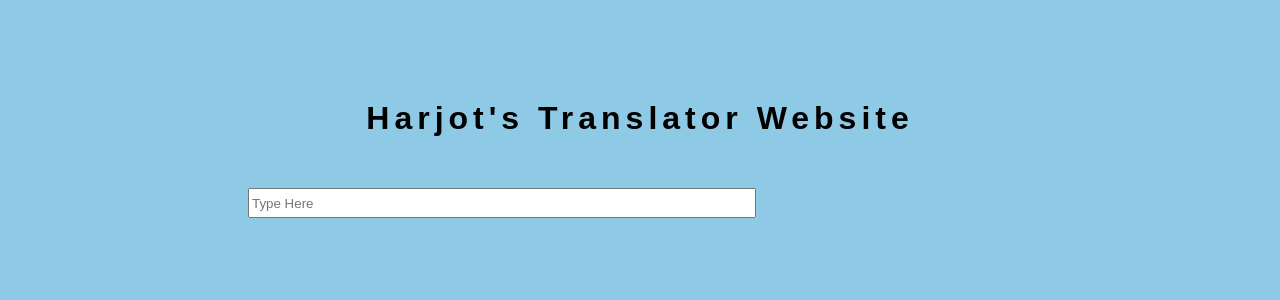
Repository: Harjot00/Pythonpractice
Page: Translator/homepage.html
These files come from the project's save history. The page is drawn as it stood at one moment and after the next save; the edit follows.
The browser window is 1280 px wide. The pictures show the whole page.
Some web fonts or font styles are not loaded; a fallback is used.

Above is the page before, as saved 2022-03-06 18:19:41.

### Translator/homepage.html
<!DOCTYPE html>
<html lang="en">
<head>
    <meta charset="UTF-8">
    <meta http-equiv="X-UA-Compatible" content="IE=edge">
    <meta name="viewport" content="width=device-width, initial-scale=1.0">
    <title>Harjot's Translator</title>
    <link rel="stylesheet" href="styles.css">
    <link href="http://fonts.cdnfonts.com/css/mrs-sheppards" rel="stylesheet">

</head>
<body>
    <h1 style = "font-family: 'Mrs Sheppards', sans-serif;letter-spacing: 5px;">Harjot's Translator Website</h1>
    <input type="text" id="entry" placeholder="Type Here"></input>
</body>
</html>

### Translator/styles.css
body{
    background-color: #8ECAE6;
    font-family: open sans;
}
h1{
    margin-top: 100px;
    text-align: center;
}
#entry{
    width: 500px;
    height: 24px;
    margin: 30px 0px 0px 240px;
}

After the next save:
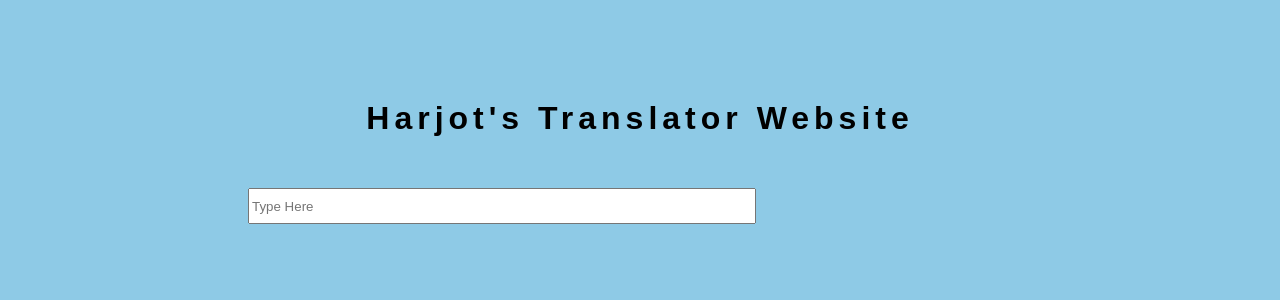
Saved 8 s later.
--- a/Translator/styles.css
+++ b/Translator/styles.css
@@ -8,6 +8,6 @@
 }
 #entry{
     width: 500px;
-    height: 24px;
+    height: 30px;
     margin: 30px 0px 0px 240px;
 }
